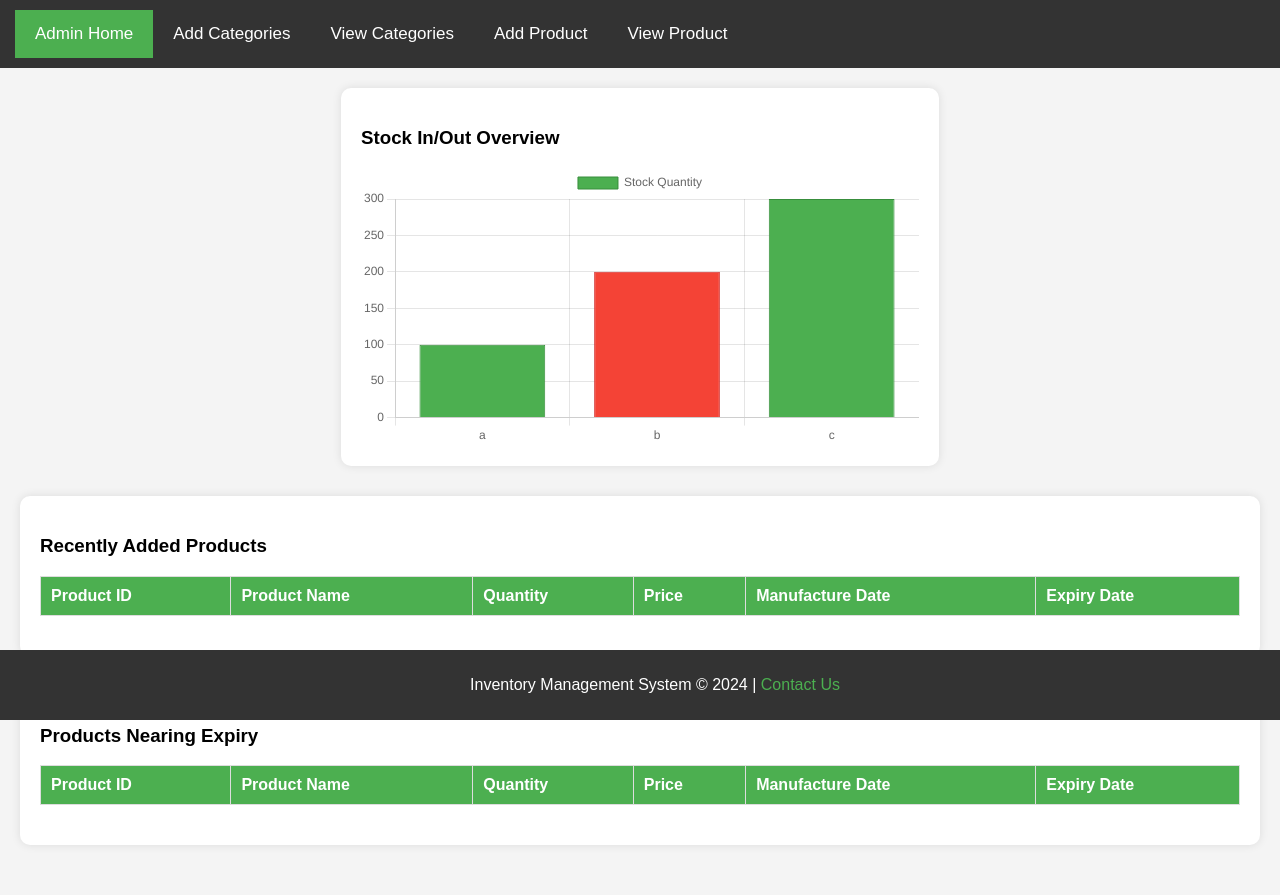
Repository: SimOneGraCias11/Montran_Training
Page: http://localhost/Project/adminHome.jsp
These files come from the project's save history. The page is drawn as it stood at one moment and after the next save; the edit follows.
The browser window is 1280 px wide. The pictures show the whole page.
The page is served by Tomcat 9.

Above is the page before, as saved 2024-08-10 22:44:16.

After the next save:
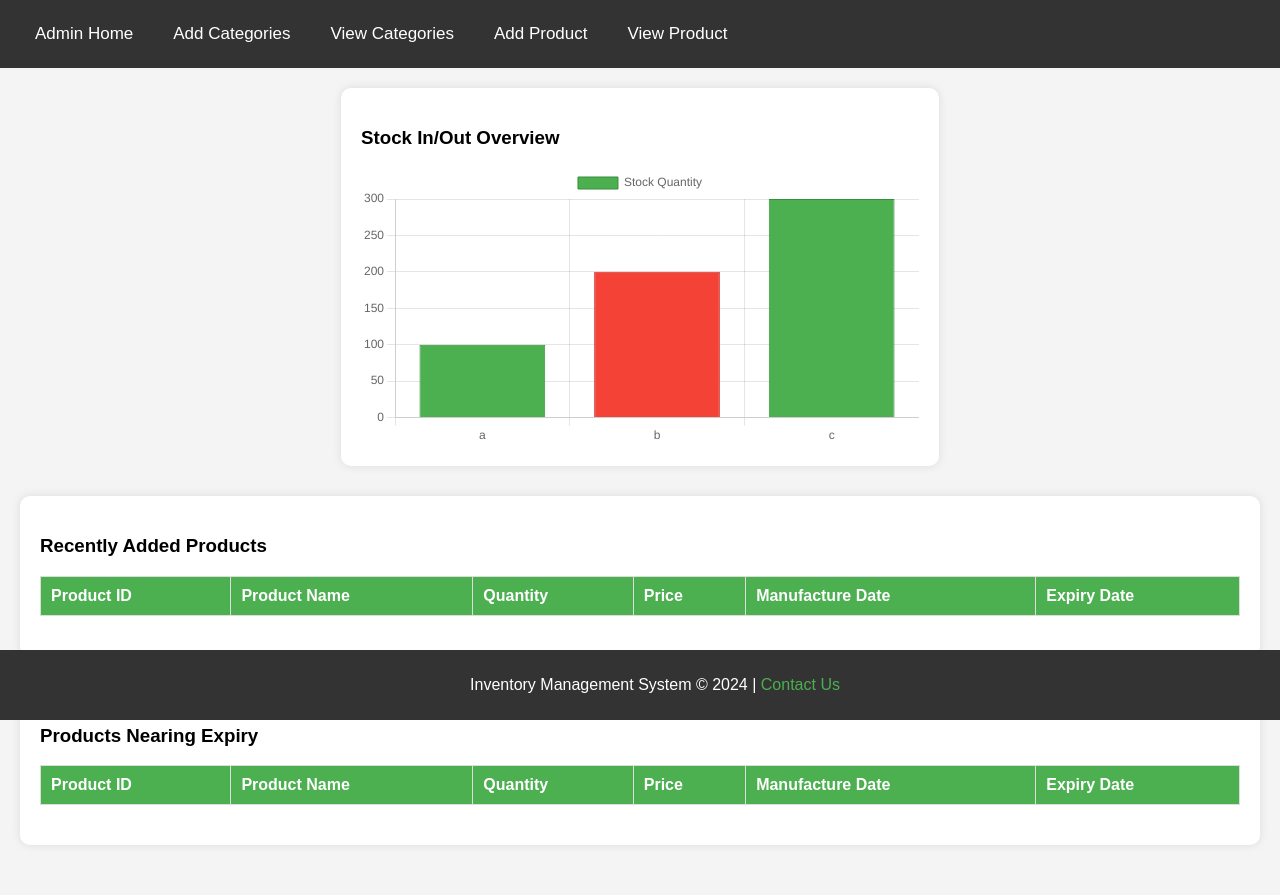
Saved 42 s later.
--- a/Project/src/main/webapp/header.jsp
+++ b/Project/src/main/webapp/header.jsp
@@ -33,7 +33,7 @@ color:white;
 </head>
 <body>
 <div class="navbar">
-<a href="adminHome.jsp" class="active">Admin Home</a>
+<a href="adminHome.jsp" >Admin Home</a>
 <a href="addCategory">Add Categories</a>
 <a href="viewCategories" >View Categories</a>
 <a href="addProduct">Add Product</a>
